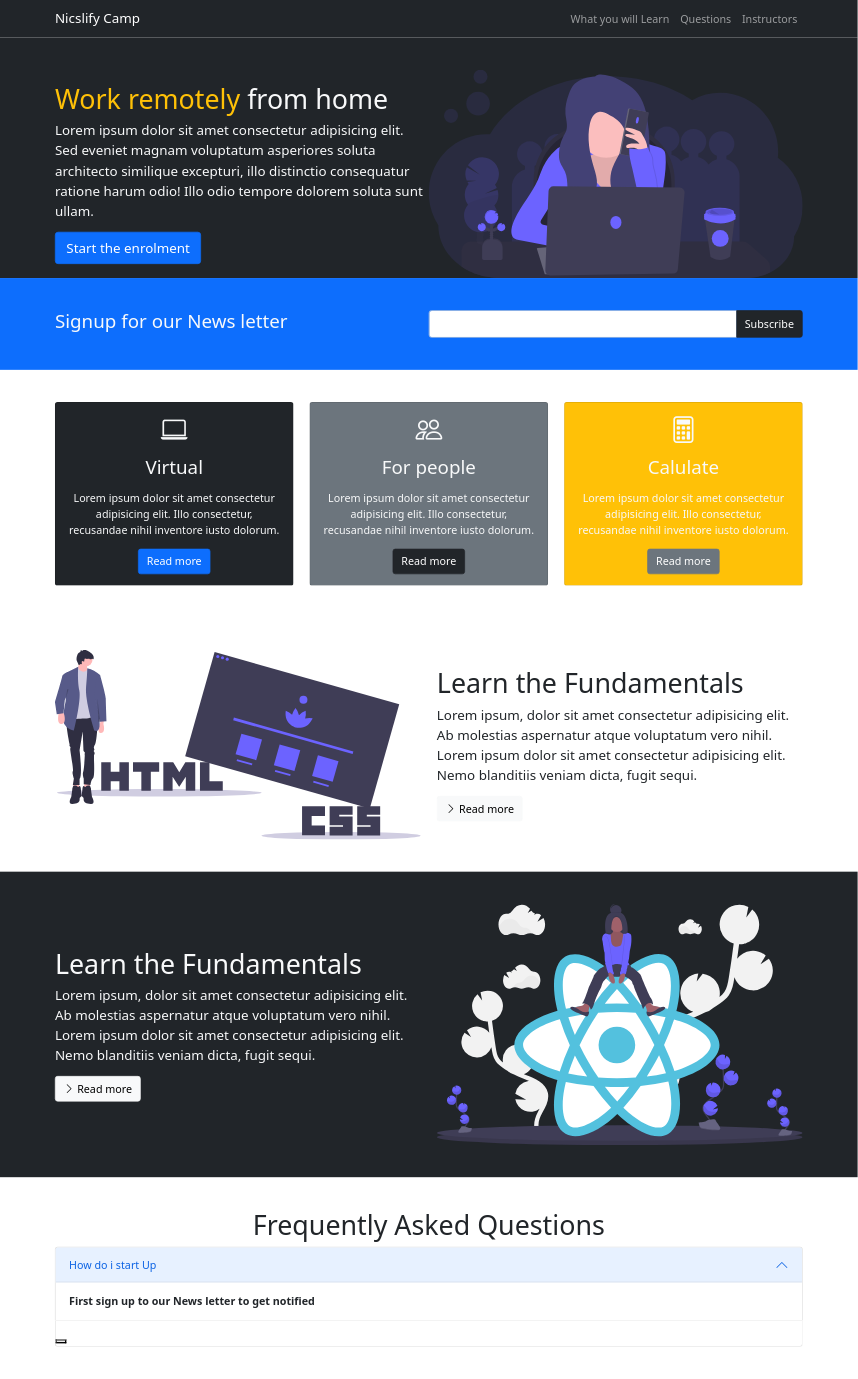
Repository: Eugene44-hub/enrollment-site
Page: index.html
These files come from the project's save history. The page is drawn as it stood at one moment and after the next save; the edit follows.
The browser window is 1280 px wide. The pictures show the whole page, at 67% of full size.
Some web libraries are served in a nearby version.

Above is the page before, as saved 2021-10-20 15:08:26.

After the next save:
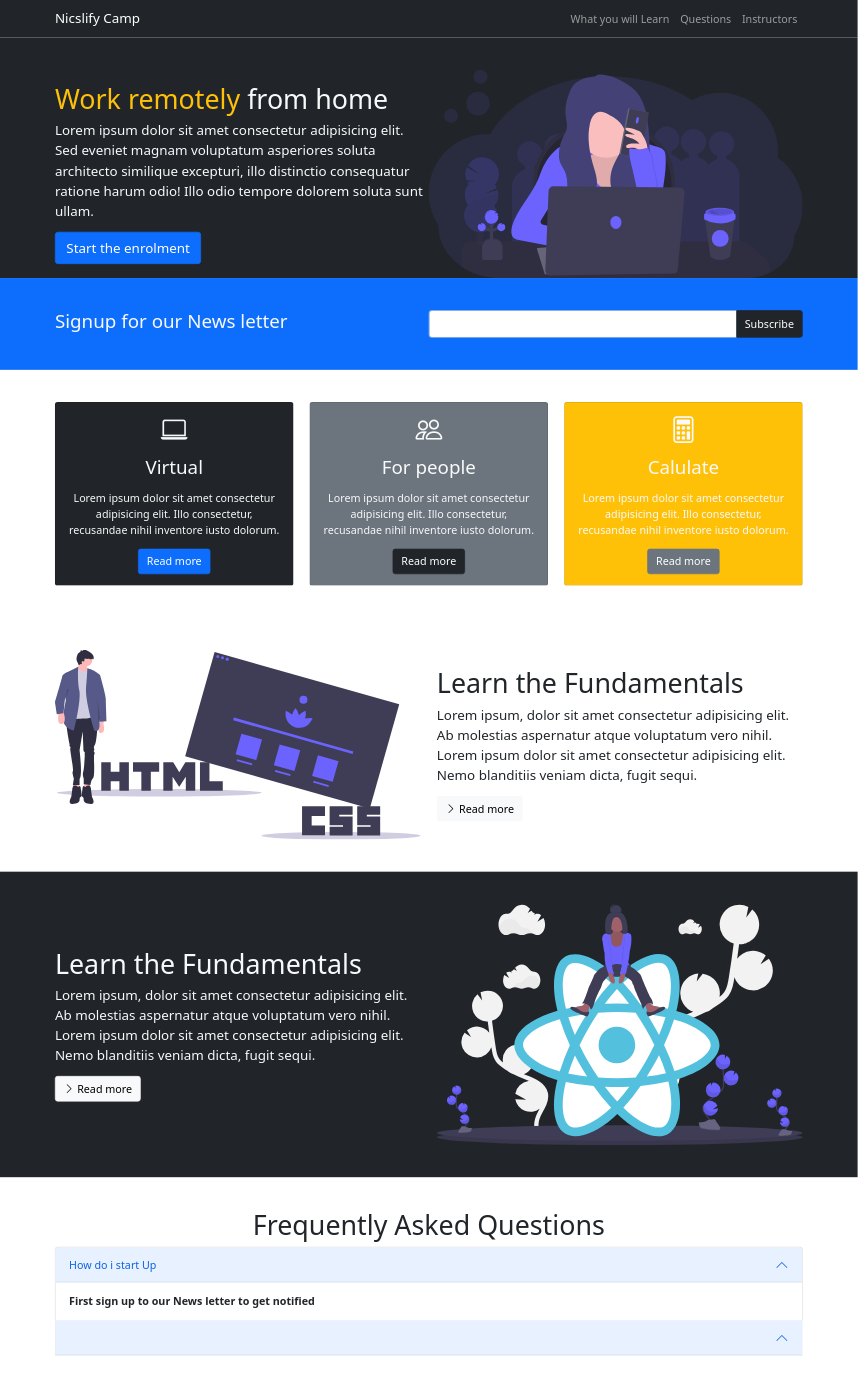
Saved 11 s later.
--- a/index.html
+++ b/index.html
@@ -179,7 +179,7 @@
 
                 <div class="accordion-item">
                     <h2 class="accordion-header">
-                        <button></button>
+                        <button class="accordion-button"></button>
                     </h2>
                 </div>
             </div>
